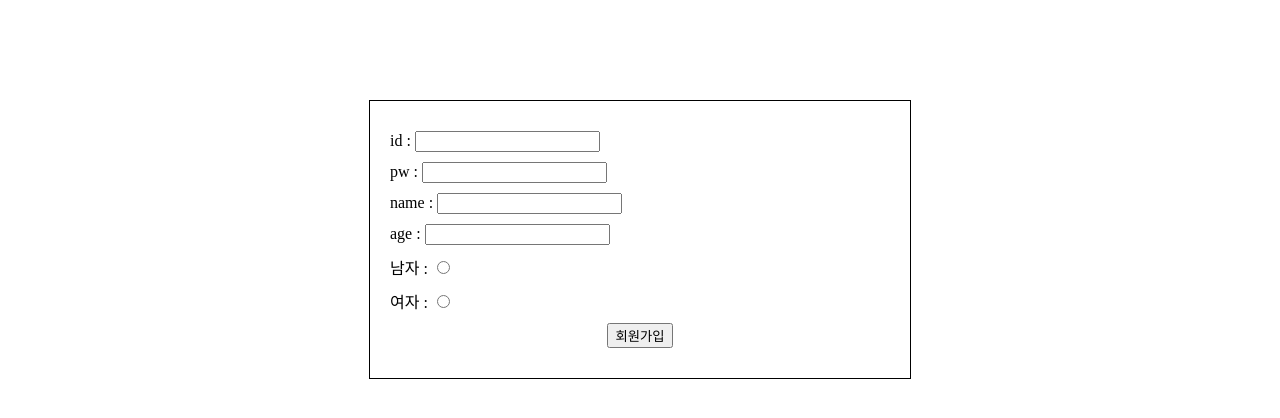
Repository: Kimth520/JSP-study
Page: http://localhost/day05_mvcTest/app/member/login.jsp
These files come from the project's save history. The page is drawn as it stood at one moment and after the next save; the edit follows.
The browser window is 1280 px wide. The pictures show the whole page.
The page is served by Tomcat 9.

Above is the page before, as saved 2025-01-16 06:36:59.

After the next save:
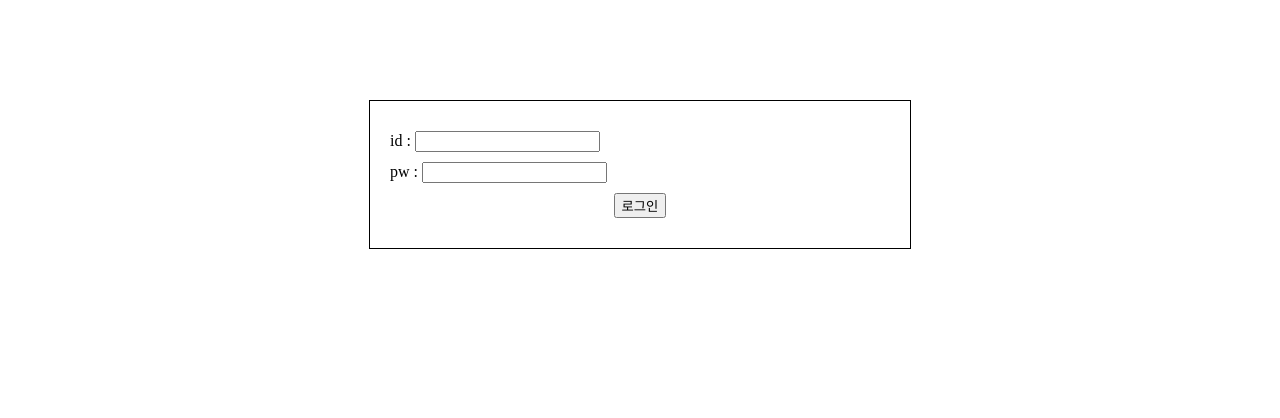
Saved 38 s later.
--- a/workspace/day05_mvcTest/src/main/webapp/app/member/login.jsp
+++ b/workspace/day05_mvcTest/src/main/webapp/app/member/login.jsp
@@ -21,22 +21,10 @@ jstl에서 제공하는 ${PageContext.request.contextPath}를 사용하여 루
 			<div class="password">
 				pw : <input type="password" name="memberPassword" />
 			</div>
-			<div class="name">
-				name : <input type="text" name="memberName" />
-			</div>
-			<div class="age">
-				age : <input type="text" name="memberAge" />
-			</div>
-			<div class="gender">
-				<div>
-					남자 : <input type="radio" name="memberGender" value="M" />
-				</div>
-				<div>
-					여자 : <input type="radio" name="memberGender" value="W" />
-				</div>
+
 			</div>
 			<div class="btn">
-				<button>회원가입</button>
+				<button>로그인</button>
 			</div>
 		</form>
 	</main>
